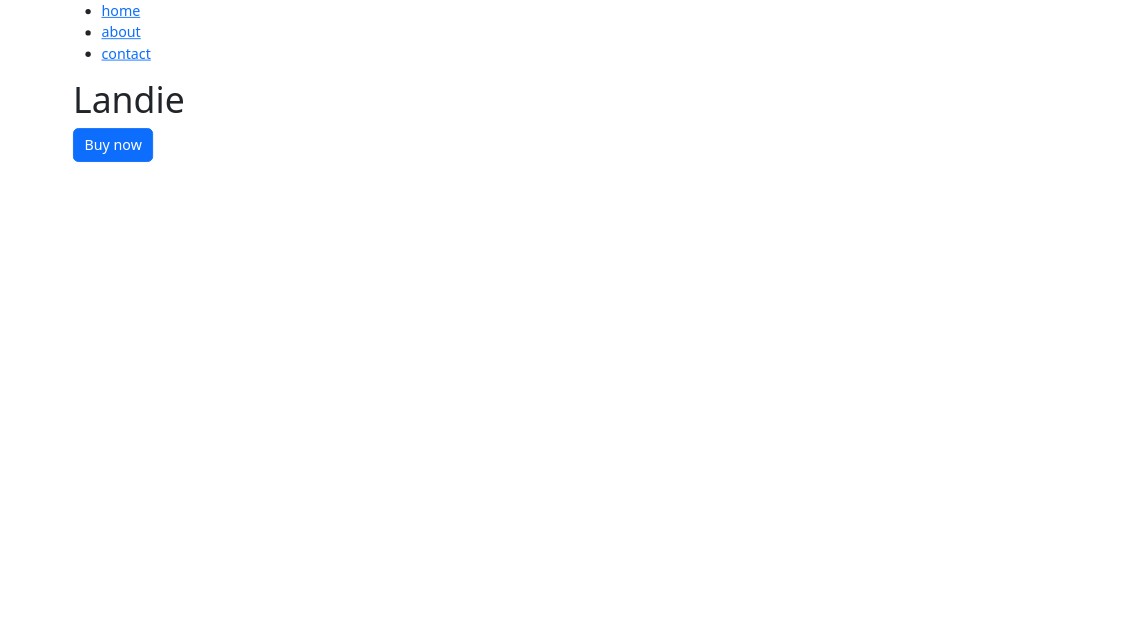
Repository: batonAnton/HW-Lec12-sass-pug
Page: index.html
An editor plug-in stored every save of this project. The page is shown before and after a run of saves, followed by the edit.
The browser window is 1280 px wide. The pictures show the whole page, at 89% of full size.
The style sheet was rebuilt from its Sass, Less or Tailwind sources for each picture, by a compiler version that may differ from the author's.

Above is the page before, as saved 2022-07-28 15:25:25.

After the next 2 saves:
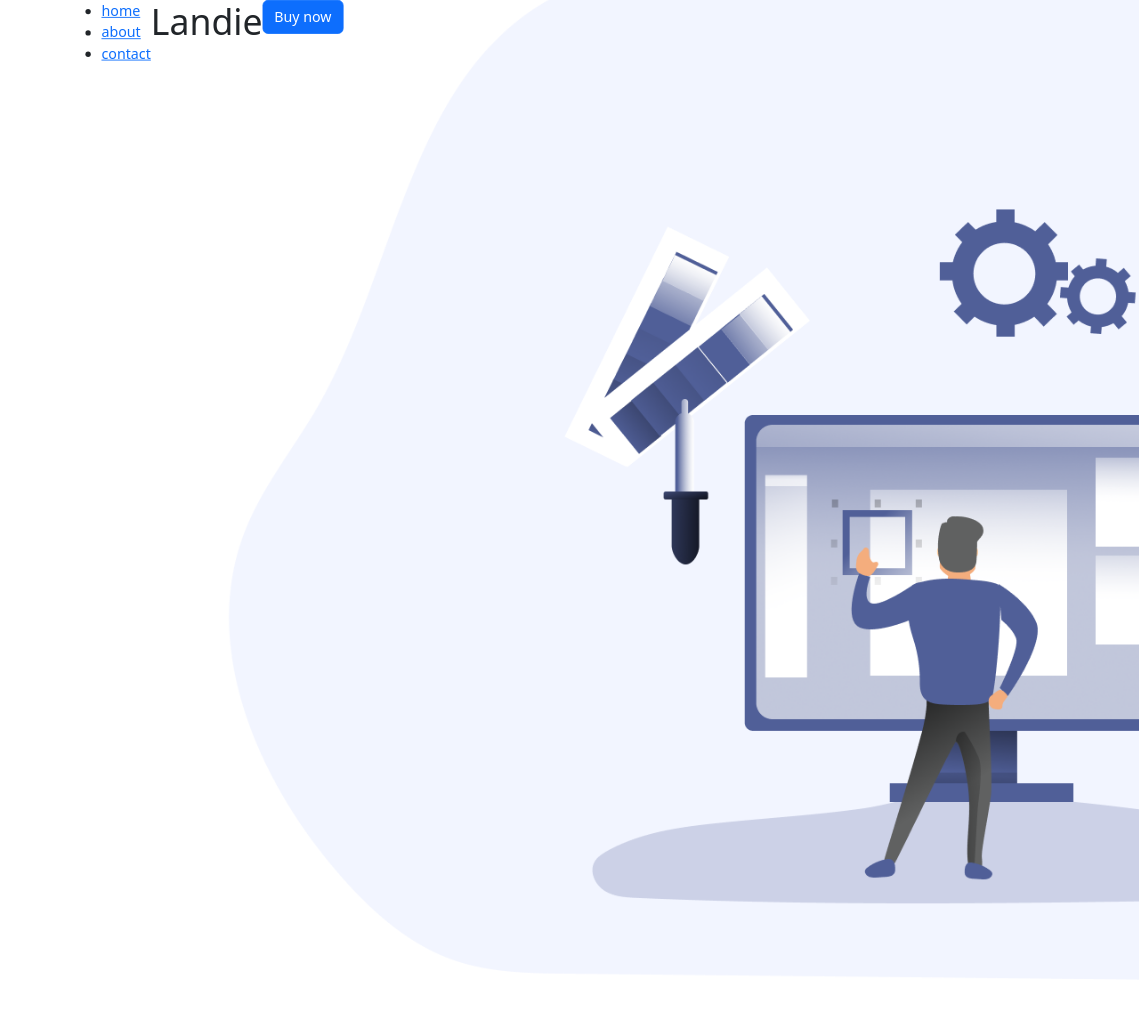
The 2 saves are shown as one change because 1 did not build or start.
The last was saved 9 min 15 s later.
--- a/css/style.scss
+++ b/css/style.scss
@@ -1,7 +1,15 @@
 $primary: #091133;
+*{
+    box-sizing: border-box;
+}
+header{
+    width: 100%;
+    height: 1160px;
+    background-image: url(../image/header/header-bg.png);
+    background-position: 100% -20%;
+    background-repeat: no-repeat;
+}
 
-.block {
-  width: 300px;
-  height: 300px;
-  background-color: $primary;
+.navigation{
+    display: inline-flex;
 }
